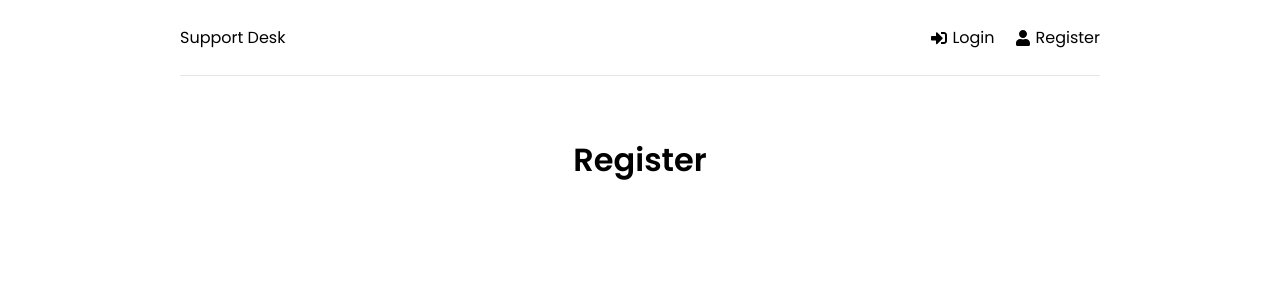
Repository: benjamins1995/support-desk
Page: /register (app in frontend/)
An editor plug-in stored every save of this project. The page is shown before and after the next save, followed by the edit.
The browser window is 1280 px wide. The pictures show the whole page.
The project was rebuilt for these pictures with package versions that can differ from the ones it lists, and the page was loaded fresh each time. Also part of the build but not shown: frontend/src/pages/Login.jsx. Imported but missing from the stored project, and not drawn on this page: frontend/src/features/counter/counterSlice, frontend/src/pages/Home.

Above is the page before, as saved 2022-03-01 21:05:03.

After the next save:
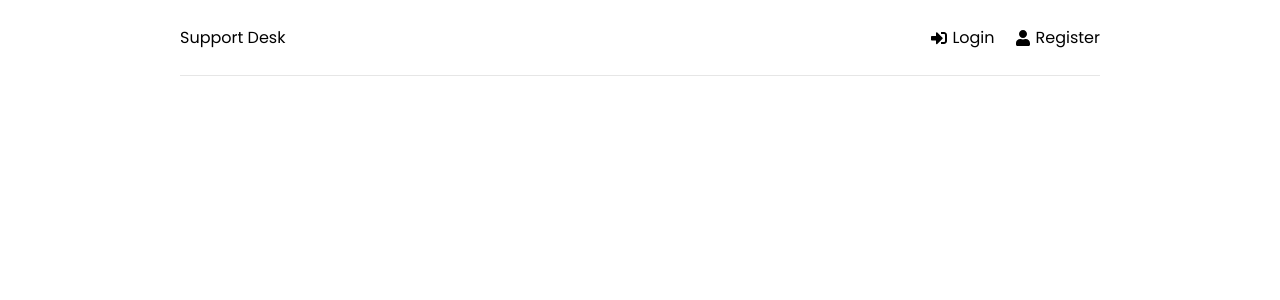
Saved 50 s later.
--- a/frontend/src/pages/Register.jsx
+++ b/frontend/src/pages/Register.jsx
@@ -1,4 +1,5 @@
 import { useState } from 'react';
+import { FaUser } from 'react-icons/fa';
 
 function Register() {
   const [formData, setFormData] = useState({
@@ -11,9 +12,11 @@ function Register() {
   const { name, email, password, password2 } = formData;
 
   return (
-    <div>
-      <h1>Register</h1>
-    </div>
+    <>
+      <section className='heading'>
+        <h1></h1>
+      </section>
+    </>
   );
 }
 
